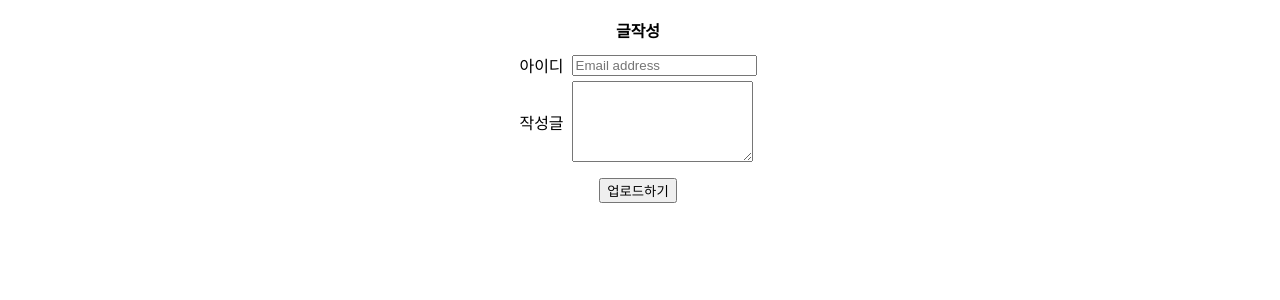
Repository: Do-yoon/JSP_source_code
Page: Hello2/src/main/webapp/feedAdd.html
The author's editor kept a copy of each file at every save. The page is drawn from the files as they stood at one save, then again after the next save.
The browser window is 1280 px wide. The pictures show the whole page.

Above is the page before, as saved 2021-04-29 02:46:08.

After the next save:
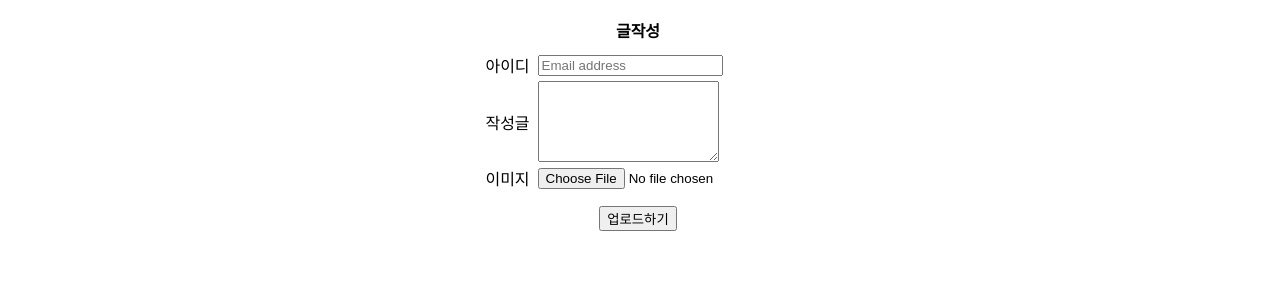
Saved 14 min 25 s later.
--- a/Hello2/src/main/webapp/feedAdd.html
+++ b/Hello2/src/main/webapp/feedAdd.html
@@ -3,7 +3,7 @@
 <meta charset="utf-8">
 </head>
 <body>
-<form action="feedAdd.jsp" method="post">
+<form action="feedAdd.jsp" method="post" enctype="multipart/form-data">
 <table align=center>
 <tr><td colspan=2 align=center height=40><b>글작성</b><td></tr>
 <tr>
@@ -15,6 +15,10 @@
     <td><textarea name="content" rows=5 cols=20></textarea></td>
 </tr>
 <tr>
+    <td align=right>이미지&nbsp;</td>
+    <td><input type="file" name="image"></td>
+</tr>
+<tr>
     <td colspan=2 align=center height=50>
         <input type="submit" value="업로드하기">
     </td>
